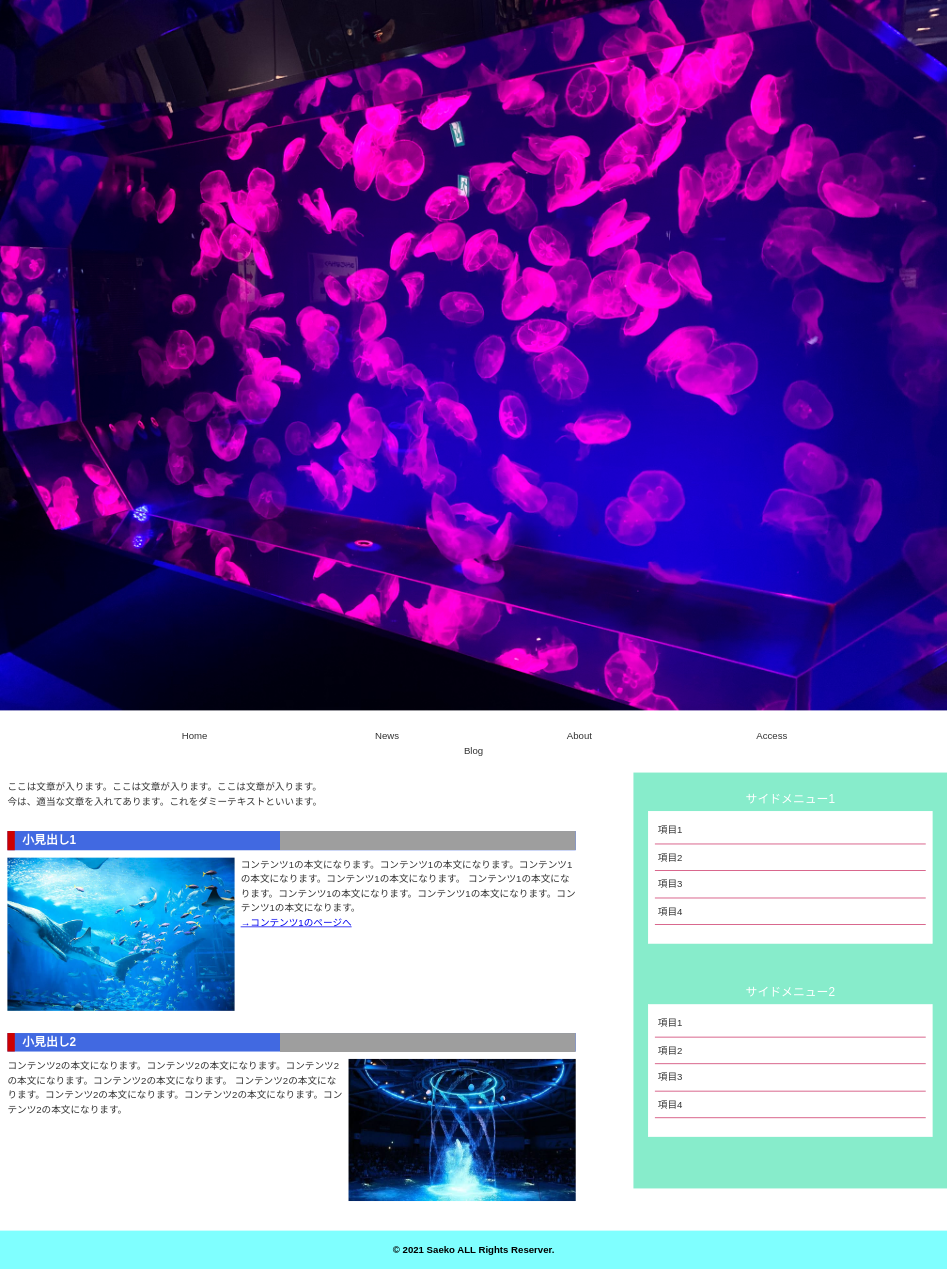
Repository: mizoguhi/mizoguhi
Page: test/saeko.html
The author's editor kept a record of every edit. The page is drawn from the files as they stood at one moment, then again after the next edit.
The browser window is 1280 px wide. The pictures show the whole page, at 74% of full size.
Pictures or frames that could not be fetched are drawn as grey boxes.

Above is the page before.

### test/saeko.html
<!DOCTYPE html>
<html lang="ja">

<head>
    <meta charset="UTF-8">
    <title>Japanese Aquarium</title>
    <link rel="stylesheet" href="stylesheet.css">
</head>

<body>
    <div id="header">
         <h1>
             <a href="saeko.html">
             </a>
         </h1>
    </div>
   <div class="exanple">
        <img id="corridor" src="aquarium.jpg" alt="水族館"/>

   </div>
    <div id="wapper">
 <nav>
　<ul>
　　<li class=”current”><a href=”#”>Home</a></li>
　　<li><a href=”#”>News</a></li>
　　<li><a href=”#”>About</a></li>
　　<li><a href=”#”>Access</a></li>
　　<li><a href=”#”>Blog</a></li>
　</ul>
</nav>

 <div id="container">
                <div id="main">
                    <div class="post">
                        <p>ここは文章が入ります。ここは文章が入ります。ここは文章が入ります。<br />今は、適当な文章を入れてあります。これをダミーテキストといいます。</p>
                    </div>
                    <div class="post clearfix">
                        <h2>小見出し1</h2>
                        <img class="left" src="zinbei.jpg" alt="水槽" />
                        <p>
                            コンテンツ1の本文になります。コンテンツ1の本文になります。コンテンツ1の本文になります。コンテンツ1の本文になります。
                            コンテンツ1の本文になります。コンテンツ1の本文になります。コンテンツ1の本文になります。コンテンツ1の本文になります。
                        </p>
                        <p><a href="#">→コンテンツ1のページへ</a></p>
                    </div>
                    <div class="post clearfix">
                        <h2>小見出し2</h2>
                        <img class="right" src="iruka.jpg" alt="イルカショー" />
                       <p>
                            コンテンツ2の本文になります。コンテンツ2の本文になります。コンテンツ2の本文になります。コンテンツ2の本文になります。
                            コンテンツ2の本文になります。コンテンツ2の本文になります。コンテンツ2の本文になります。コンテンツ2の本文になります。
                        </p>
                    </div>
                </div>
            </div>
　　<div id="side">
                    <div class="box">
                        <h2>サイドメニュー1</h2>
                        <div class="boxBody">
                            <ul>
                            <li>項目1</li>
                                <li>項目2</li>
                                <li>項目3</li>
                                <li>項目4</li>
                            </ul>
                        </div>
                    </div>
                    <div class="box">
                        <h2>サイドメニュー2</h2>
                        <div class="boxBody">
                            <ul>
                                <li>項目1</li>
                                <li>項目2</li>
                                <li>項目3</li>
                                <li>項目4</li>
                            </ul>
                        </div>
                    </div>
                </div>
    <div id="footer">
         <p>&copy; 2021 Saeko ALL Rights Reserver.</p>
    </div>
    </body>
<html>

### test/stylesheet.css
@charset "utf-8";

body {
	margin: 0;
	padding: 0;
	font-family: "ヒラギノ角ゴ Pro W3", "Hiragino Kaku Gothic Pro", "メイリオ", Meiryo, Osaka, "ＭＳ Ｐゴシック", "MS PGothic", sans-serif;
	color: #333;
	font-size: 13px;
	line-height: 150%;
}

#wrapper {
	width: 100%;
	margin: auto;
	padding: 0px;
	border: 0px;
	background-color: #FFF;
	 top: 10px;
position: relative;
}

 #header {
 	width: 100%;
 }
 #header h1 {
 	 margin: 0;
	 padding: 0;
}

 #corridor {
	 width: 100%;
	 height: auto;
 }

 #footer {
 	 clear: both;
 	 width: 100%;
 	 padding: 3px 0 3px 0;
 	 background: #7fffff;
 	 color: #000;
 	 font-weight: bold;
 	 text-align: center;
 }
nav{
text-align: center;
}
nav ul{
margin: 0 ;
padding: 0 ;
}
nav ul li{
list-style: none;
display: inline-block;
width: 18%;
min-width: 90px;
}
nav ul li a{
text-decoration: none;
color: #333;
}
nav ul li.current a{
color: #F33135;
}
nav ul li a:hover{
color: #0000cd;
}
#container {
	 width: 100%;
	 margin: auto ;
	 padding-top: 20px;
	 clear: both;
 }

 #main {
	 float: left;
	 width: 60%;
	 padding: 10px 10px 10px 10px;
 }
 #main h2 {
	 margin: 0 0 10px 0;
	 padding: 3px 10px 3px 10px;
	 color: #FFF;
	 font-size: 16px;
	 border-left: solid 10px #C00;
	 background: #4169e1 url(../images/main_h2.jpg) right top repeat-y;
 }
 #main p {
	 margin: 0;
	 padding: 0;
 }
 #main .post {
	 margin: 0 0 30px 0;
 }

 #main .post img.right {
	 margin: 0 0 0 8px;
 }
 #main .post img.left {
	 margin: 0 8px 0 0;
 }

 .right {
	 float: right;
	 width: 40%;
	 height: auto;
 }
 .left {
	 float: left;
	 width: 40%;
	 height: auto;
 }
 .clearfix {
	 zoom: 1;
 }
 .clearfix:after{
	 content: "";
	 display: block;
	 clear: both;
 }
  #side {
 	 float: right;
 	 width: 30%;
 	 padding: 20px;
 	 background-color: #87eccb;
 }
 #side .box {
 	 margin: 0 auto 30px auto;
 	 padding: 0 0 20px 0;
 	 background: bottom no-repeat;
 }
 #side .box h2 {
 	 margin: 0;
 	 padding: 8px;
 	 text-align: center;
 	 color: #fff;
 	 font-size: 16px;
 	 line-height: 16px;
 	 font-weight: normal;
 	 background: center no-repeat;
 }
 #side .box .boxBody {
 	 padding: 8px;
 	 border-right: solid 1px #fff;
 	 border-bottom: solid 1px #fff;
 	 border-left: solid 1px #fff;
 	 background: #fff;
 }
 #side .box .boxBody ul {
 	 margin: 0 0 16px 0;
 	 padding: 0;
 }
 #side .box .boxBody ul li {
 	 padding: 8px 0 8px 4px;
 	 list-style: none;
 	 border-bottom: solid 1px #C36;
 }

After the next edit:
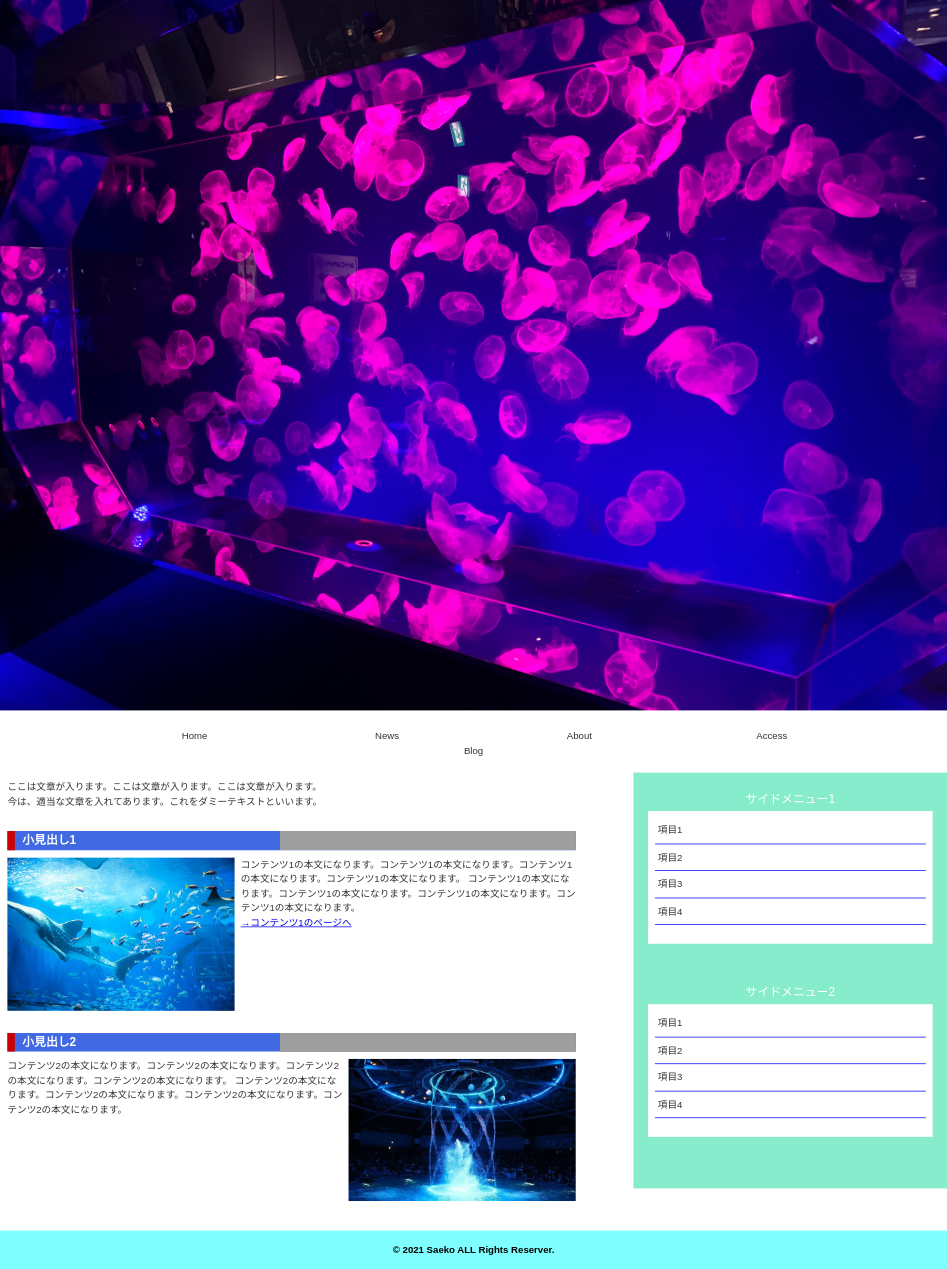
The edit:
--- a/test/stylesheet.css
+++ b/test/stylesheet.css
@@ -152,5 +152,5 @@
  #side .box .boxBody ul li {
  	 padding: 8px 0 8px 4px;
  	 list-style: none;
- 	 border-bottom: solid 1px #C36;
+ 	 border-bottom: solid 1px #0000ff;
  }
